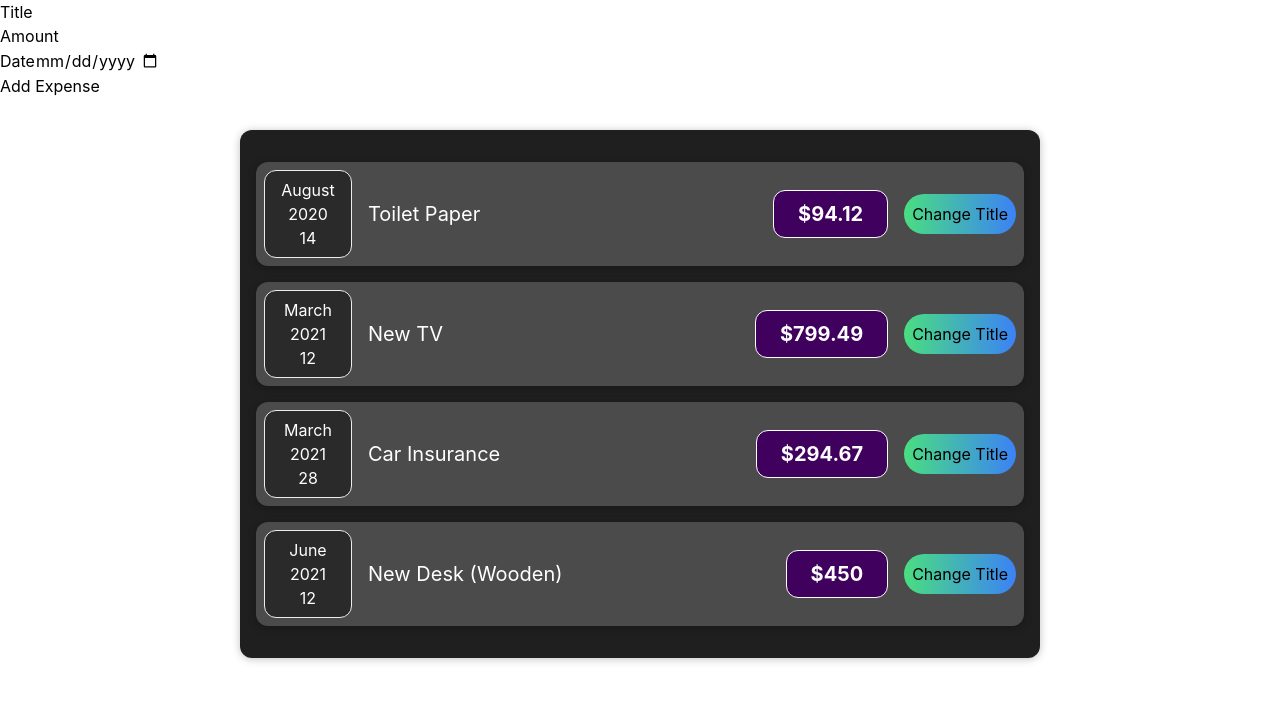
Repository: Sef24/expense-tracker
Page: /
The author's editor kept a copy of each file at every save. The page is drawn from the files as they stood at one save, then again after a run of saves.
The browser window is 1280 px wide. The pictures show the whole page.
The project was rebuilt for these pictures with package versions that can differ from the ones it lists, and the page was loaded fresh each time. Also part of the build but not shown: src/components/NewExpense/NewExpense.css, src/components/NewExpense/ExpenseForm.css.

Above is the page before, as saved 2022-04-24 15:41:59.

After the next 2 saves:
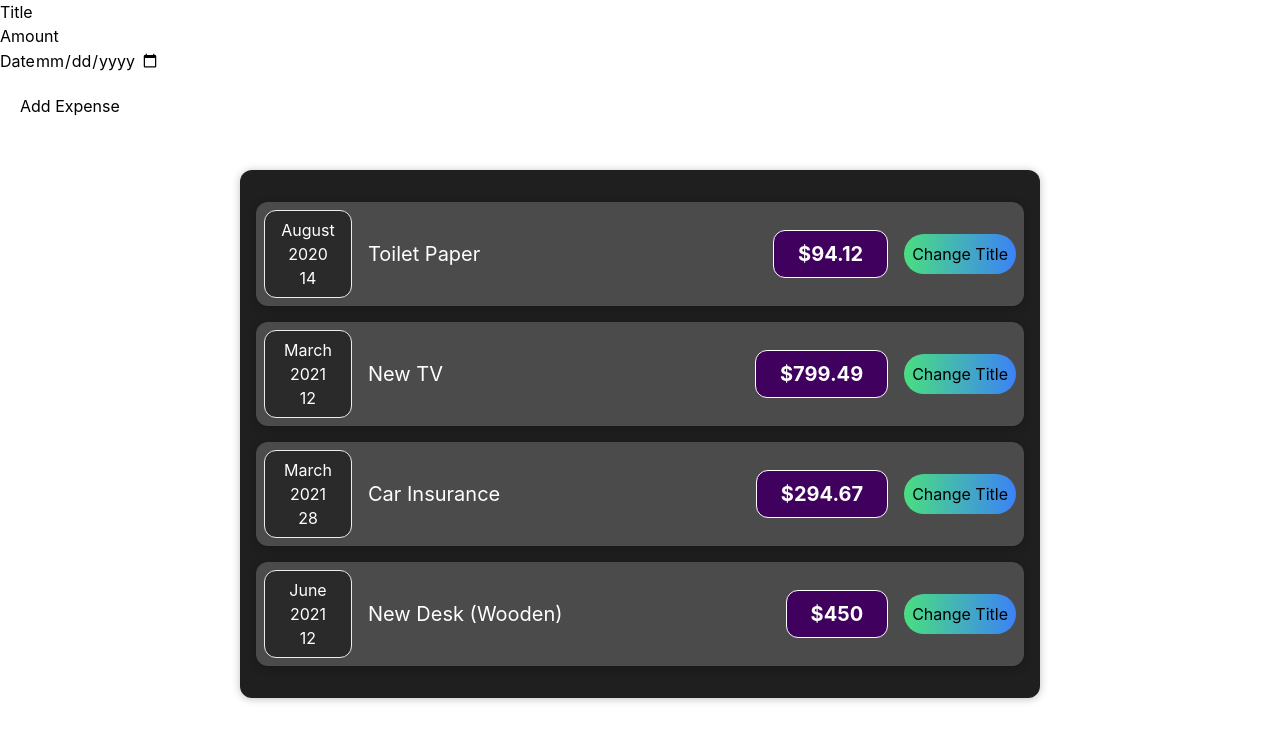
The 2 saves are shown as one change because they came seconds apart.
The last was saved 29 s later.
--- a/src/components/NewExpense/ExpenseForm.js
+++ b/src/components/NewExpense/ExpenseForm.js
@@ -67,7 +67,7 @@
       </div>
 
       <div>
-        <button className="rounded-full" type="submit">
+        <button className=" p-5 rounded-full" type="submit">
           Add Expense
         </button>
       </div>

After the save that followed:
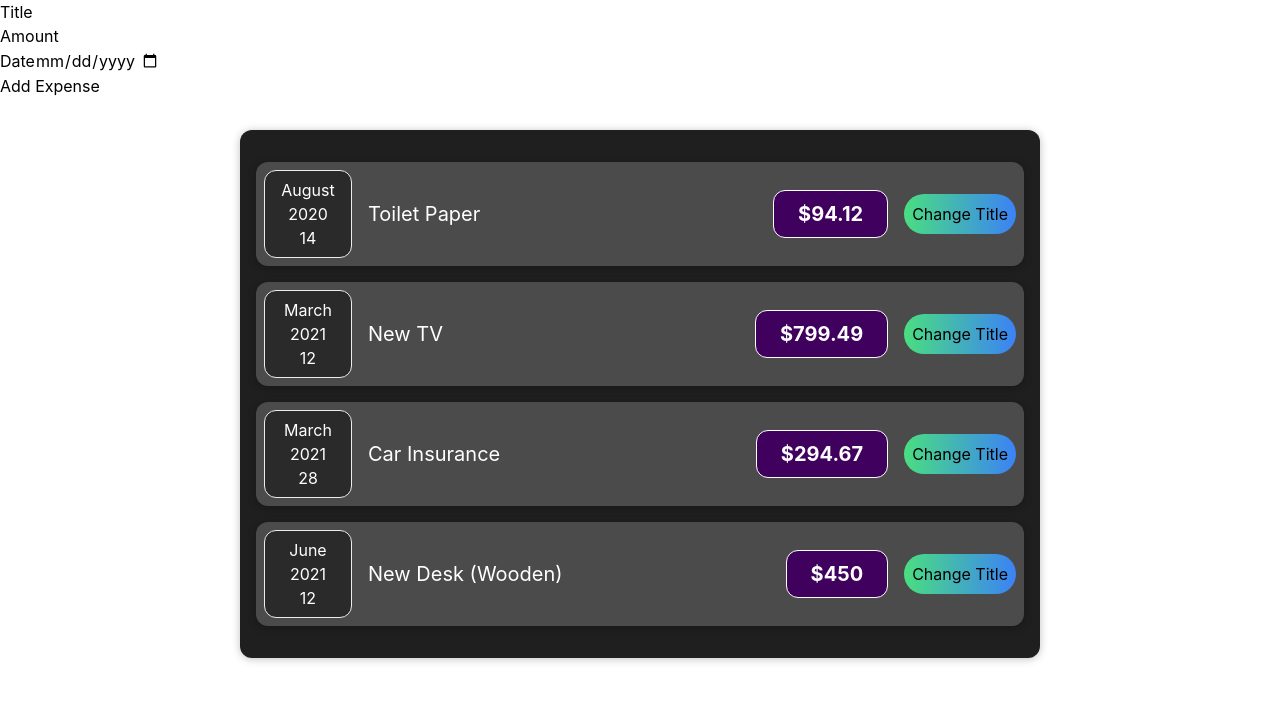
Saved 89 s later.
--- a/src/components/NewExpense/ExpenseForm.js
+++ b/src/components/NewExpense/ExpenseForm.js
@@ -67,7 +67,7 @@
       </div>
 
       <div>
-        <button className=" p-5 rounded-full" type="submit">
+        <button className="border-full rounded-full" type="submit">
           Add Expense
         </button>
       </div>
